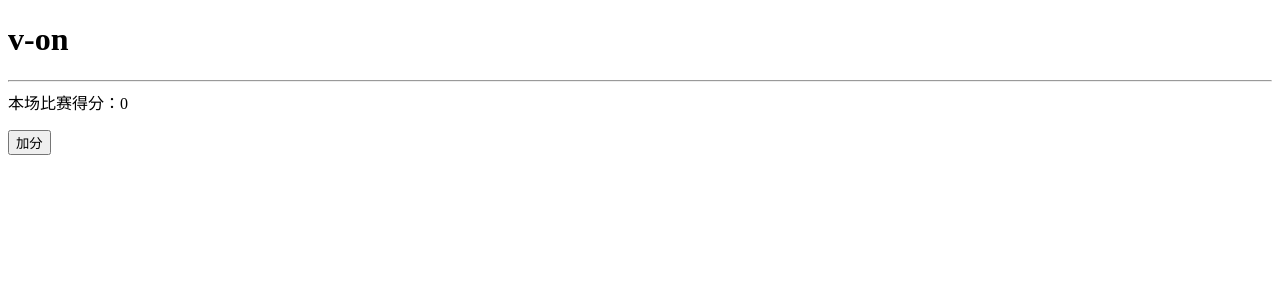
Repository: 13982720426/vue2.0-LearningNotes
Page: example/v-on.html
An editor plug-in stored every save of this project. The page is shown before and after the next save, followed by the edit.
The browser window is 1280 px wide. The pictures show the whole page.

Above is the page before, as saved 2021-06-17 20:05:00.

### example/v-on.html
<!DOCTYPE html>
<html lang="en">
  <head>
    <meta charset="UTF-8" />
    <meta http-equiv="X-UA-Compatible" content="IE=edge" />
    <meta name="viewport" content="width=device-width, initial-scale=1.0" />
    <title>v-on</title>
    <script type="text/javascript" src="../assets/js/vue.js"></script>
  </head>
  <body>
    <h1>v-on</h1>
    <hr />
    <div id="app">
      本场比赛得分：{{fenshu}}
      <p>
        <button v-on:click="jiafen">加分</button>
      </p>
    </div>
    <script type="text/javascript">
      var app = new Vue({
        el: '#app',
        data: {
          fenshu: 0,
        },
        methods: {
          jiafen: function () {
            this.fenshu++;
          },
        },
      });
    </script>
  </body>
</html>

Loaded but not shown: assets/js/vue.js (library)

After the next save:
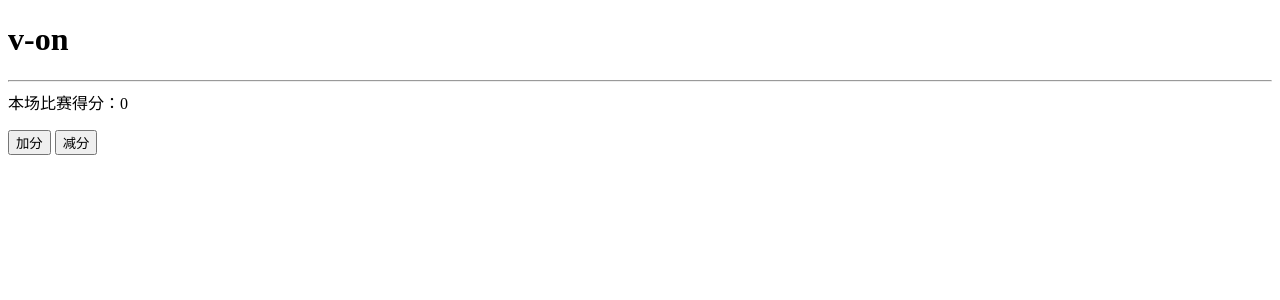
Saved 72 s later.
--- a/example/v-on.html
+++ b/example/v-on.html
@@ -14,6 +14,7 @@
       本场比赛得分：{{fenshu}}
       <p>
         <button v-on:click="jiafen">加分</button>
+        <button v-on:click="jianfen">减分</button>
       </p>
     </div>
     <script type="text/javascript">
@@ -26,6 +27,9 @@
           jiafen: function () {
             this.fenshu++;
           },
+          jianfen: function () {
+            this.fenshu--;
+          },
         },
       });
     </script>
